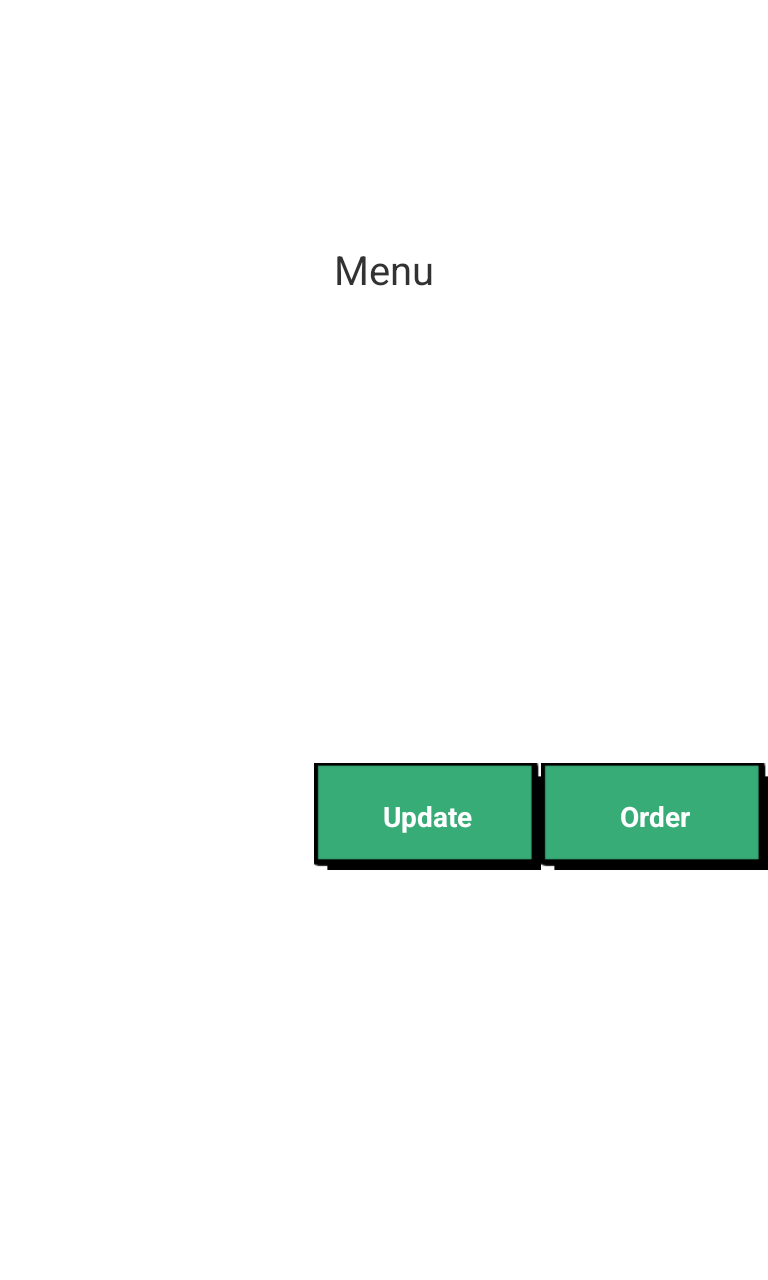
Repository: VanThi/Smart_Order
Layout: Project OS/Project_SO/res/layout/menu_item.xml
The author's editor kept a copy of each file at every save. The layout is drawn from the files as they stood at one save, then again after the next save.
It is drawn on a 768 x 1280 px phone screen (xhdpi) without system bars, with theme AppTheme; the app's code is not run. Lists and similar views that code fills are empty.

Above is the layout before, as saved 2013-11-09 12:56:43.

### Project OS/Project_SO/res/layout/menu_item.xml
<?xml version="1.0" encoding="utf-8"?>
<LinearLayout xmlns:android="http://schemas.android.com/apk/res/android"
    android:layout_width="match_parent"
    android:layout_height="match_parent"
    android:orientation="vertical" >

    <TextView
        android:layout_width="wrap_content"
        android:layout_height="wrap_content"
        android:layout_weight="1" />

    <TextView
        android:layout_width="wrap_content"
        android:layout_height="wrap_content"
        android:layout_gravity="center"
        android:layout_weight="1"
        android:text="@string/menu"
        android:textSize="20sp" />

    <ListView
        android:id="@+id/menu_item"
        android:layout_width="wrap_content"
        android:layout_height="wrap_content"
        android:layout_weight="1" >
    </ListView>

    <TextView
        android:id="@+id/total"
        android:layout_width="wrap_content"
        android:layout_height="wrap_content"
        android:textAppearance="?android:attr/textAppearanceLarge"
        android:textIsSelectable="true"
        android:weight="1" />

    <LinearLayout
        android:layout_width="wrap_content"
        android:layout_height="wrap_content"
        android:layout_gravity="right"
        android:layout_weight="1"
        android:orientation="horizontal" >

        <Button
            android:id="@+id/updatebutton"
            style="@style/Button"
            android:layout_width="wrap_content"
            android:layout_height="wrap_content"
            android:text="@string/update" />

        <Button
            android:id="@+id/order"
            style="@style/Button"
            android:layout_width="wrap_content"
            android:layout_height="wrap_content"
            android:text="@string/order" />
    </LinearLayout>

    <TextView
        android:layout_width="wrap_content"
        android:layout_height="0dp"
        android:layout_weight="1" />

</LinearLayout>

### Project OS/Project_SO/res/values/styles.xml
<resources>

    <!--
        Base application theme, dependent on API level. This theme is replaced
        by AppBaseTheme from res/values-vXX/styles.xml on newer devices.
    -->
    <style name="AppBaseTheme" parent="android:Theme.Light">
        <!--
            Theme customizations available in newer API levels can go in
            res/values-vXX/styles.xml, while customizations related to
            backward-compatibility can go here.
        -->
    </style>

    <style name="NoActionBar" parent="@android:style/Theme.Holo.NoActionBar">
        <!-- Inherits the Holo theme with no action bar; no other styles needed. -->
    </style>

    <!-- Application theme. -->
    <style name="AppTheme" parent="AppBaseTheme">
        <!-- All customizations that are NOT specific to a particular API-level can go here. -->
    </style>

    <style name="HeaderBG">
        <item name="android:layout_width">fill_parent</item>
        <item name="android:layout_height">60dp</item>
        <item name="android:background">@drawable/header_bg</item>
        <item name="android:orientation">horizontal</item>
    </style>

    <style name="HeaderText">
        <item name="android:textColor">#FFFFFF</item>
        <item name="android:textSize">22sp</item>
        <item name="android:textStyle">bold</item>
        <item name="android:ellipsize">end</item>
        <item name="android:gravity">center</item>
        <item name="android:singleLine">true</item>
        <item name="android:text">@string/app_name</item>
    </style>

    <style name="Background">
        <item name="android:layout_width">fill_parent</item>
        <item name="android:layout_height">fill_parent</item>
        <item name="android:background">@color/background</item>
        <item name="android:orientation">vertical</item>
    </style>

    <style name="MENU">
        <item name="android:layout_width">fill_parent</item>
        <item name="android:layout_height">63dp</item>
        <item name="android:background">@drawable/menu_bg</item>
        <item name="android:gravity">center_vertical</item>
        <item name="android:padding">10dp</item>
        <item name="android:textColor">#FFFFFF</item>
        <item name="android:textSize">16sp</item>
    </style>

    <style name="TextDescription">
        <item name="android:textColor">@color/black</item>
        <item name="android:textSize">16sp</item>
        <item name="android:typeface">sans</item>
        <item name="android:textStyle">bold</item>
    </style>

    <style name="Text">
        <item name="android:textColor">@color/black</item>
        <item name="android:textSize">20sp</item>
        <item name="android:typeface">sans</item>
    </style>

    <style name="EditText">
        <item name="android:textColor">@color/black</item>
        <item name="android:textSize">14sp</item>
        <item name="android:typeface">sans</item>
        <item name="android:padding">5dp</item>
    </style>

    <style name="Button">
        <item name="android:padding">5dp</item>
        <item name="android:textStyle">bold</item>
        <item name="android:textColor">@color/white</item>
        <item name="android:textSize">14sp</item>
        <item name="android:background">@drawable/btn_bg</item>
        <item name="android:typeface">sans</item>
        <item name="android:layout_width">90dp</item>
        <item name="android:layout_height">40dp</item>
    </style>

    <style name="ButtonRight">
        <item name="android:padding">5dp</item>
        <item name="android:textStyle">bold</item>
        <item name="android:textColor">@color/white</item>
        <item name="android:textSize">14sp</item>
        <item name="android:background">@drawable/btn_bg</item>
        <item name="android:typeface">sans</item>
        <item name="android:layout_width">90dp</item>
        <item name="android:layout_height">40dp</item>
        <item name="android:layout_marginLeft">5dp</item>
    </style>

    <style name="CustomProgressBar" parent="android:Widget.ProgressBar.Horizontal">
        <item name="android:layout_width">200dp</item>
        <item name="android:layout_height">wrap_content</item>
        <item name="android:padding">5dp</item>
        <item name="android:layout_marginRight">10dp</item>
        <item name="android:indeterminateOnly">false</item>
        <item name="android:progressDrawable">@drawable/custom_progress_bar_horizontal</item>
        <item name="android:minHeight">10dip</item>
        <item name="android:maxHeight">20dip</item>
    </style>


</resources>

### Project OS/Project_SO/res/values/strings.xml
<?xml version="1.0" encoding="utf-8"?>
<resources>

    <string name="app_name">Smart Order</string>
    <string name="action_settings">Settings</string>
    <string name="hello_world">Hello world!</string>
    <string name="menu_item">Menu</string>
    <string name="configuration">View Info</string>
    <string name="viewOrder">View Order</string>
    <string name="logout">Logout</string>
    <string name="exit">Exit</string>
    <string name="userName">User Name</string>
    <string name="password">Password</string>
    <string name="address">Address</string>
    <string name="phoneNumber">Phone Number</string>
    <string name="email">Email</string>
    <string name="confirm">Confirm</string>
    <string name="fullName">Full Name</string>
    <string name="register">Not have a account?</string>
    <string name="login">Login</string>
    <string name="developer">CyberSoft Team 1</string>
    <string name="clear">Clear</string>
    <string name="update">Update</string>
    <string name="order">Order</string>
    <string name="save">Save</string>
    <string name="registerForm">Register Form</string>
	<string name="configurationForm">View Info</string>
	<string name="ok">OK</string>
	<string name="back">Back</string>
	<string name="inc">+</string>
	<string name="dec">-</string>
	<string name="menu">Menu</string>

</resources>

### Project OS/Project_SO/res/values/colors.xml
<?xml version="1.0" encoding="utf-8"?>
<resources>
	<color name="transparent">#00000000</color>
	<color name="menu_background">#C0C0C0</color>
	<color name="background">#ffffff</color>

	<!-- Process bar -->
	<color name="black">#000000</color>
	<color name="white">#ffffff</color>
	<color name="progressbar">#4b80ce</color>

</resources>

### Project OS/Project_SO/res/drawable/btn_bg.xml
<?xml version="1.0" encoding="utf-8"?>
<selector xmlns:android="http://schemas.android.com/apk/res/android">
    <item android:state_pressed="true"
          android:drawable="@drawable/btn_bg_selected" /> <!-- pressed -->
    <item android:state_focused="true"
          android:drawable="@drawable/btn_bg_selected" /> <!-- focused -->
    <item android:drawable="@drawable/btn_bg_normal" /> <!-- default -->
</selector>

Loaded but not shown: Project OS/Project_SO/res/values-v11/styles.xml (common file); Project OS/Project_SO/res/values-v14/styles.xml (common file)

After the next save:
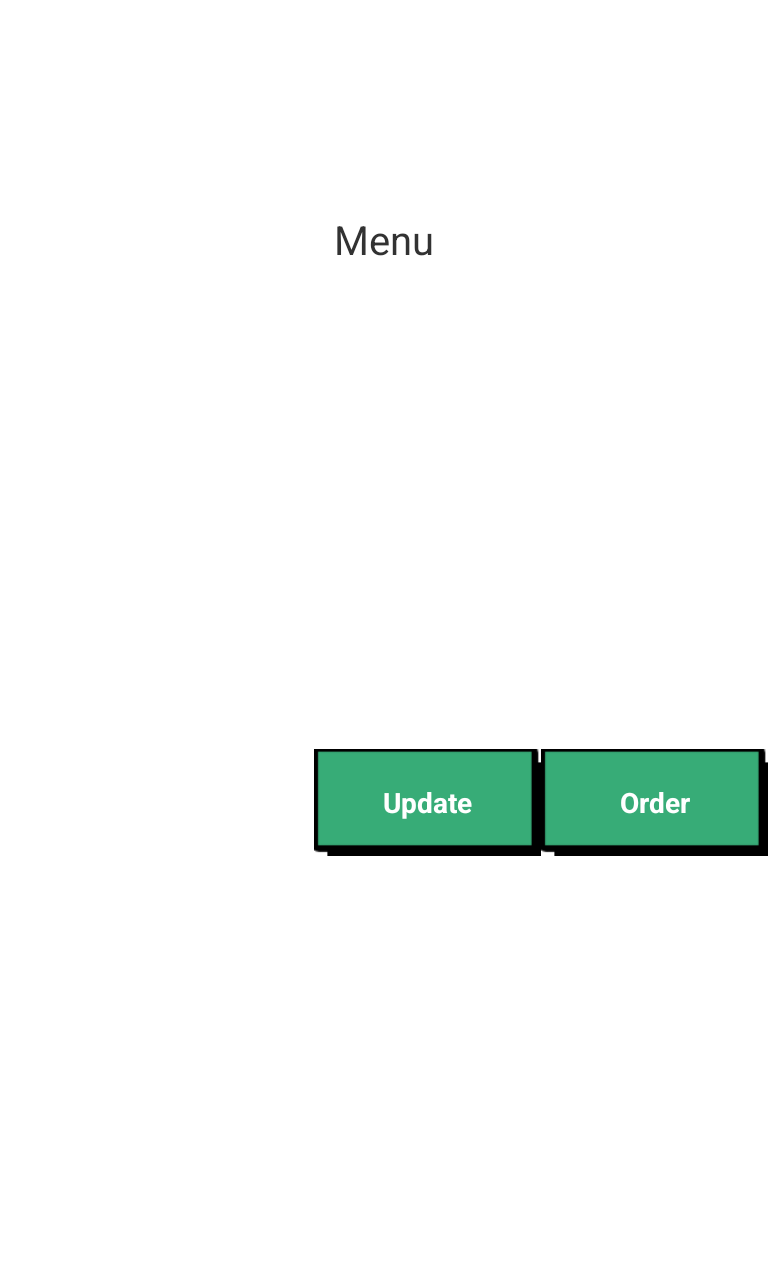
Saved 23 s later.
--- a/Project OS/Project_SO/res/layout/menu_item.xml
+++ b/Project OS/Project_SO/res/layout/menu_item.xml
@@ -6,7 +6,7 @@
 
     <TextView
         android:layout_width="wrap_content"
-        android:layout_height="wrap_content"
+        android:layout_height="odp"
         android:layout_weight="1" />
 
     <TextView
